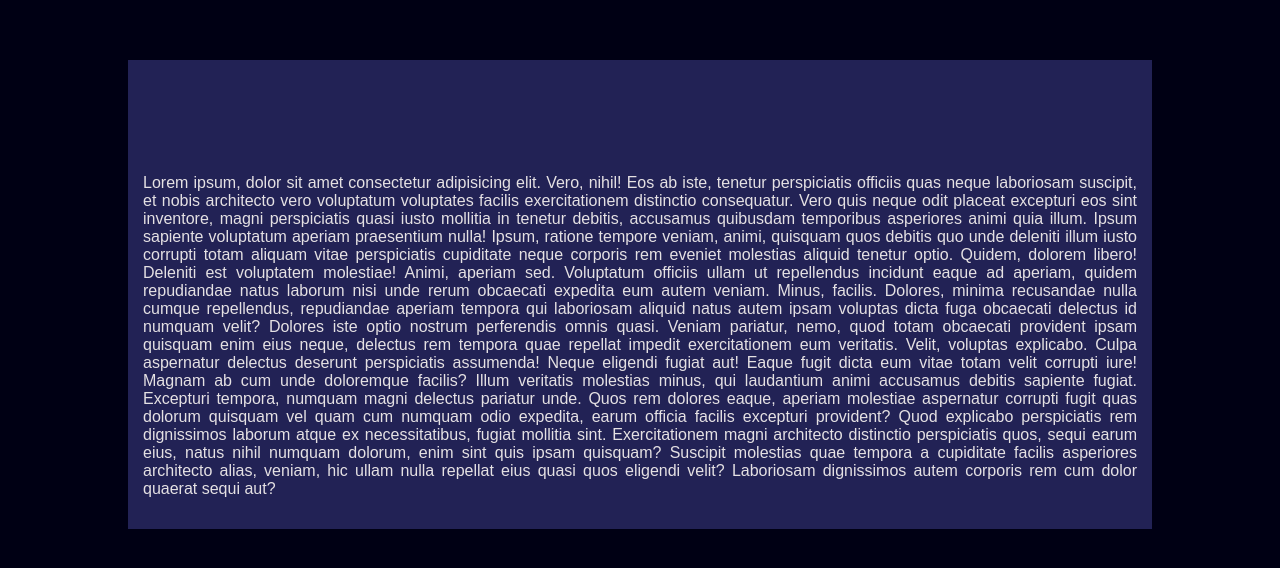
Repository: Francois-QUICODE/CSS-Micro-Projects
Page: Projects/01-Infinite-Gradient-Text.html
These files come from the project's save history. The page is drawn as it stood at one moment and after the next save; the edit follows.
The browser window is 1280 px wide. The pictures show the whole page.
Some web fonts or font styles are not loaded; a fallback is used.

Above is the page before, as saved 2020-11-28 12:13:09.

After the next save:
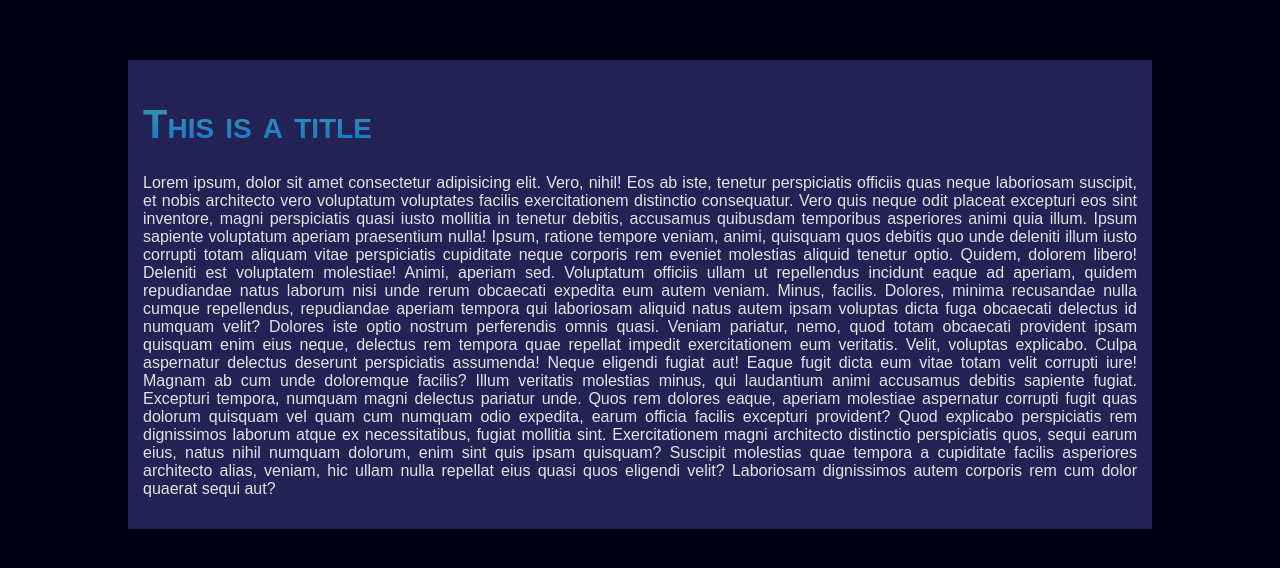
Saved 9 s later.
--- a/Projects/01-Infinite-Gradient-Text.html
+++ b/Projects/01-Infinite-Gradient-Text.html
@@ -73,7 +73,7 @@
           font-size: 40px;
           font-variant: small-caps;
           color: transparent;
-          b     background: linear-gradient(0deg, #1075d7, #9ed710, #1037d7);
+          background: linear-gradient(0deg, #1075d7, #9ed710, #1037d7);
     background-size: 600% 600%;
 
     -webkit-animation: textclip 10s ease infinite;
